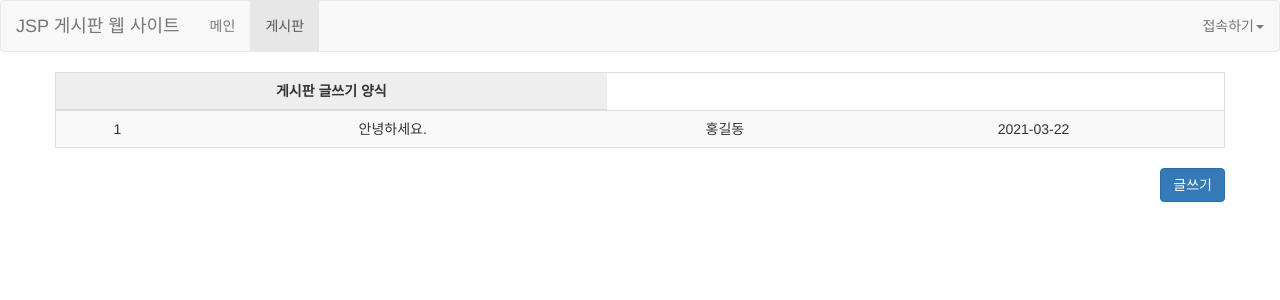
Repository: hseob04/jsp_bbs
Page: http://localhost/BBS/write.jsp
An editor plug-in stored every save of this project. The page is shown before and after the next save, followed by the edit.
The browser window is 1280 px wide. The pictures show the whole page.
Some web libraries are served in a nearby version. The page is served by Tomcat 9. Other server files are loaded and not shown.

Above is the page before, as saved 2021-03-22 14:49:23.

### JSP/projects/BBS/src/main/webapp/write.jsp
<%@ page language="java" contentType="text/html; charset=UTF-8"
    pageEncoding="UTF-8"%>
<%@ page import="java.io.PrintWriter" %>
<!DOCTYPE html>
<html>
<head>
<meta http-equiv="Content-Type" content="text/html; charset=UTF-8">
<meta name="viewport" content="width=device-width", initail-scale="1">
<link rel="stylesheet" href="css/bootstrap.css">
<title>JSP 게시판 웹 사이트</title>
</head>
<body>
	<%
		String userID = null;
		if(session.getAttribute("userID") != null) {
			userID = (String) session.getAttribute("userID");
		}
	%>
	<nav class="navbar navbar-default">
		<div class="navbar-header">
			<button type="button" class="navbar-toggle collapsed"
				data-toggle="collapse" data-target="#bs-example-navbar-collapse-1"
				aria-expanded="false">
				<span class="icon-bar"></span>
				<span class="icon-bar"></span>
				<span class="icon-bar"></span>
			</button>
			<a class="navbar-brand" href="main.jsp">JSP 게시판 웹 사이트</a>
		</div>
		<div class="collapse navbar-collapse" id="bs-example-navbar-collapse-1">
			<ul class="nav navbar-nav">
				<li><a href="main.jsp">메인</a></li>
				<li class="active"><a href="bbs.jsp">게시판</a></li>
			</ul>
			<%
				if(userID == null){
					%>

					<ul class="nav navbar-nav navbar-right">
				<li class="dropdown">
					<a href="#" class="dropdown-toggle"
						data-toggle="dropdown" role="button" aria-haspopup="true"
						aria-expanded="false">접속하기<span class="caret"></span></a>
					<ul class="dropdown-menu">
						<li><a href="login.jsp">로그인</a></li>
						<li><a href="join.jsp">회원가입</a></li>
					</ul>
				</li>
			</ul>


			<%
				}else {

			%>

			<ul class="nav navbar-nav navbar-right">
				<li class="dropdown">
					<a href="#" class="dropdown-toggle"
						data-toggle="dropdown" role="button" aria-haspopup="true"
						aria-expanded="false">회원관리<span class="caret"></span></a>
					<ul class="dropdown-menu">
						<li><a href="logoutAction.jsp">로그아웃</a></li>
					</ul>
				</li>
			</ul>



			<%

				}
			%>
		</div>
	</nav>
	<div class="container">
		<div class="row">
			<table class="table table-striped" style="text-align: center; border: 1px solid #dddddd">
				<thead>
					<tr>
						<th colspan="2" style="background-color: #eeeeee; text-align: center;">게시판 글쓰기 양식</th>
					</tr>
				</thead>
				<tbody>
					<tr>
						<td>1</td>
						<td>안녕하세요.</td>
						<td>홍길동</td>
						<td>2021-03-22</td>
					</tr>
				</tbody>
			</table>
			<a href="write.jsp" class="btn btn-primary pull-right">글쓰기</a>
		</div>
	</div>
	<script src="https://code.jquery.com/jquery-3.1.1.min.js"></script>
	<script src="js/bootstrap.js"></script>
</body>
</html>

Loaded but not shown: JSP/projects/BBS/src/main/webapp/css/bootstrap.css (library); JSP/projects/BBS/src/main/webapp/js/bootstrap.js (library)

After the next save:
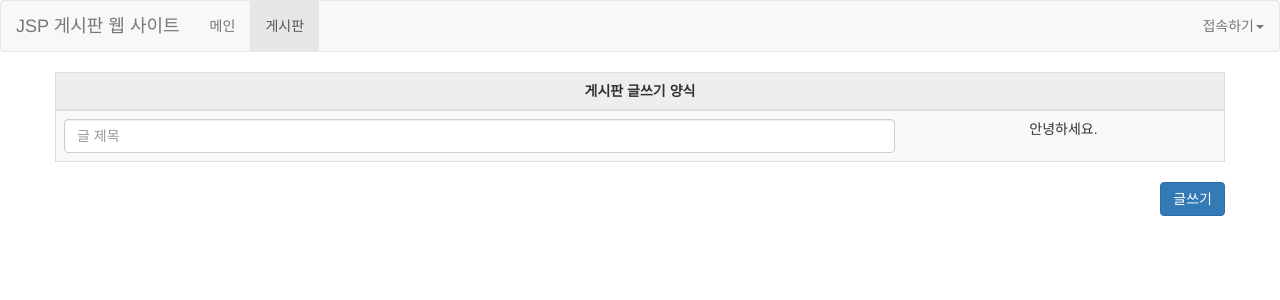
Saved 104 s later.
--- a/JSP/projects/BBS/src/main/webapp/write.jsp
+++ b/JSP/projects/BBS/src/main/webapp/write.jsp
@@ -83,10 +83,9 @@
 				</thead>
 				<tbody>
 					<tr>
-						<td>1</td>
+						<td><input type="text" class="form-control" placeholder="글 제목" name="bbsTitle" maxlength="50"</td>
 						<td>안녕하세요.</td>
-						<td>홍길동</td>
-						<td>2021-03-22</td>
+
 					</tr>
 				</tbody>
 			</table>
